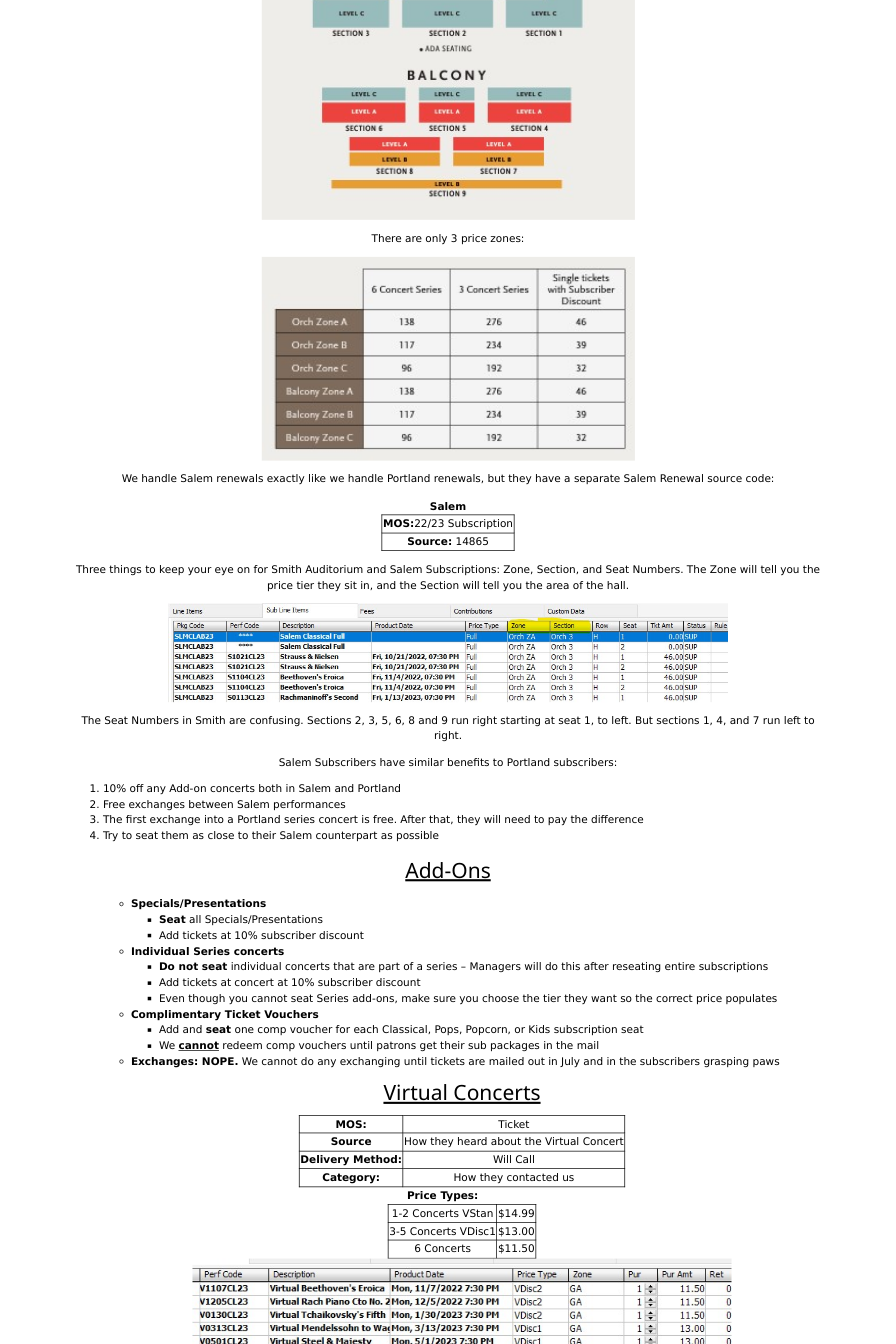
Repository: muesinga/ticketoffice-dot-info
Page: components/renewal-source.html
An editor plug-in stored every save of this project. The page is shown before and after a run of saves, followed by the edit.
The browser window is 1280 px wide. The pictures show the part of the page from y = 4580 to 6500 px (the page is 10605 px tall before and 10626 px after), at 70% of full size.

Above is the page before, as saved 2022-06-11 10:24:52.
Console error: TypeError: Cannot read properties of null (reading 'getElementsByClassName')

After the next 2 saves:
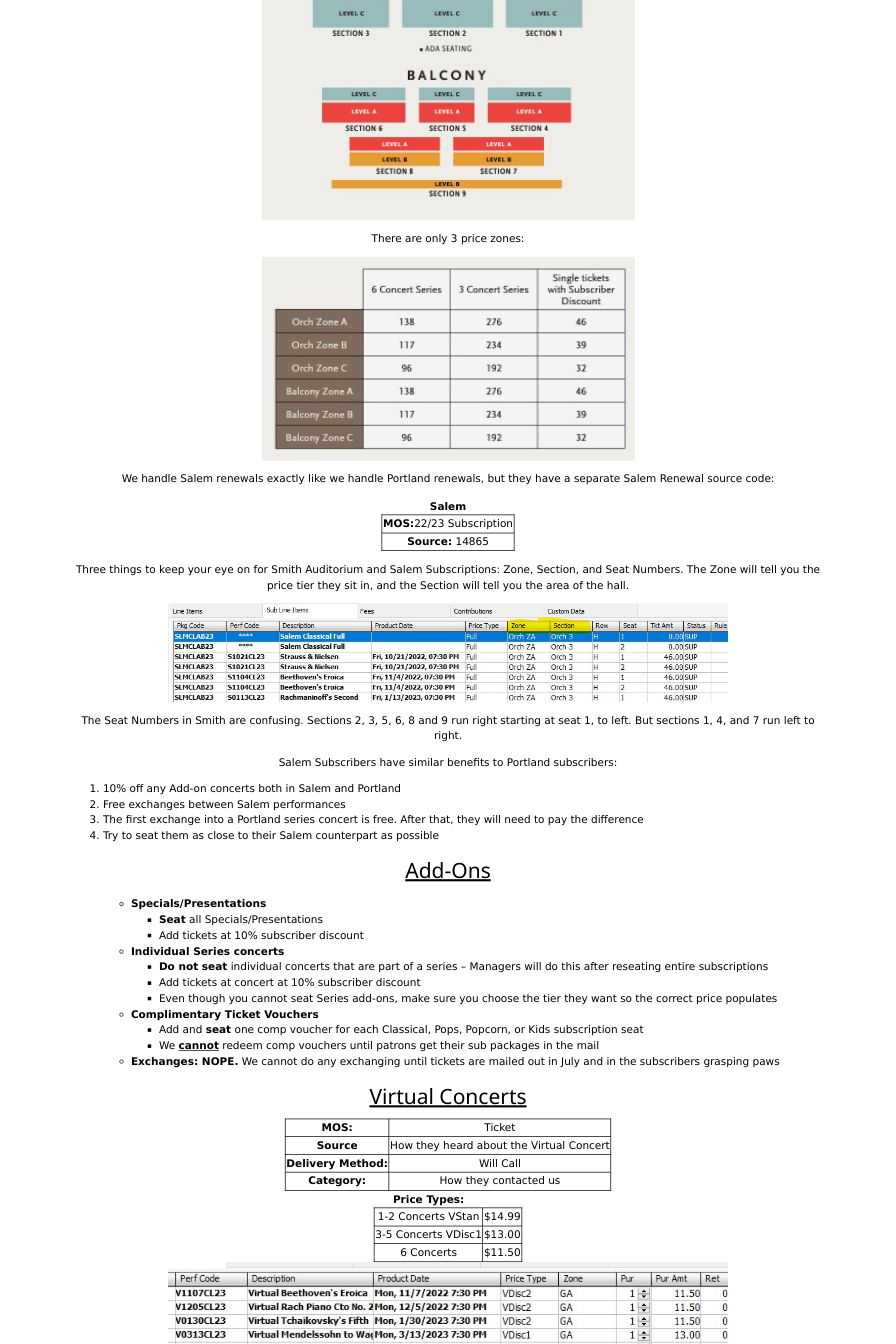
The 2 saves are shown as one change because they came seconds apart.
The last was saved 8 s later.
--- a/components/renewal-source.html
+++ b/components/renewal-source.html
@@ -288,6 +288,8 @@ All right so we have their renewal, and we have their seating for their subscrip
     </ul>
   <li><b>Exchanges: NOPE.</b> We cannot do any exchanging until tickets are mailed out in July and in the subscribers grasping paws </li>
 </ul>
+</div>
+<div></div>
 <h2 id="virtual-concerts">Virtual Concerts</h2>
 <table>
   <tr>
